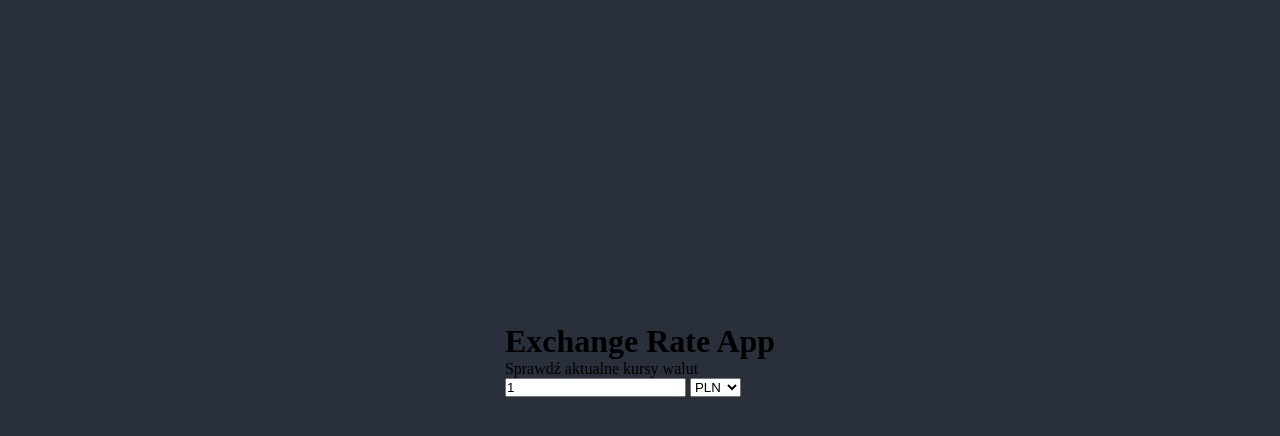
Repository: KrzysKolo/Projekt-6_Kantor
Page: index.html
The author's editor kept a copy of each file at every save. The page is drawn from the files as they stood at one save, then again after the next save.
The browser window is 1280 px wide. The pictures show the whole page.
Some web fonts or font styles are not loaded; a fallback is used. Some web libraries are served in a nearby version.

Above is the page before, as saved 2020-07-12 05:36:50.

After the next save:
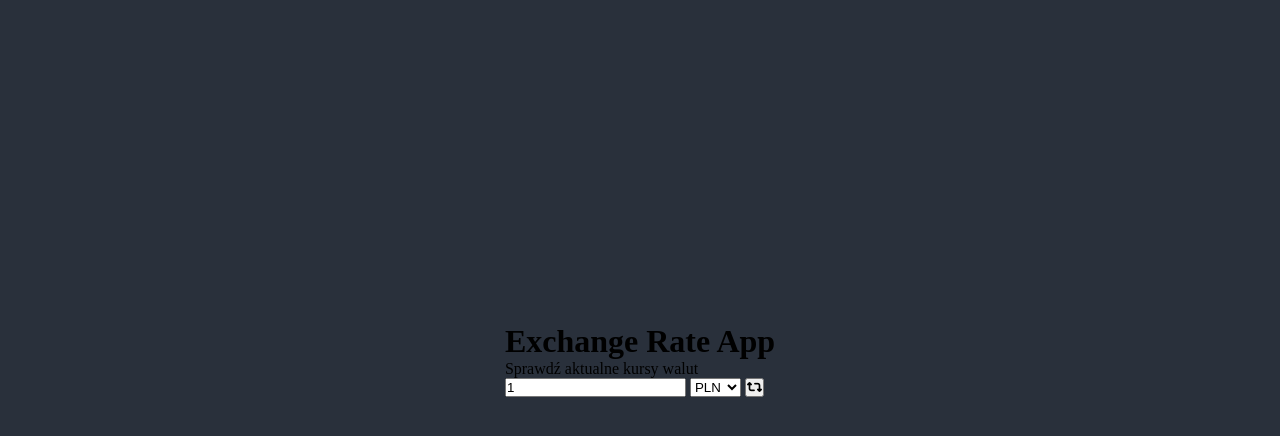
Saved 81 s later.
--- a/index.html
+++ b/index.html
@@ -30,6 +30,9 @@
             <option value="CHF">CHF</option>
             <option value="JPY">JPY</option>
           </select>
+          <button class="swap">
+            <i class="fas fa-retweet"></i>
+          </button>
         </div>
       </div>
       <p class="rate-info"></p>
